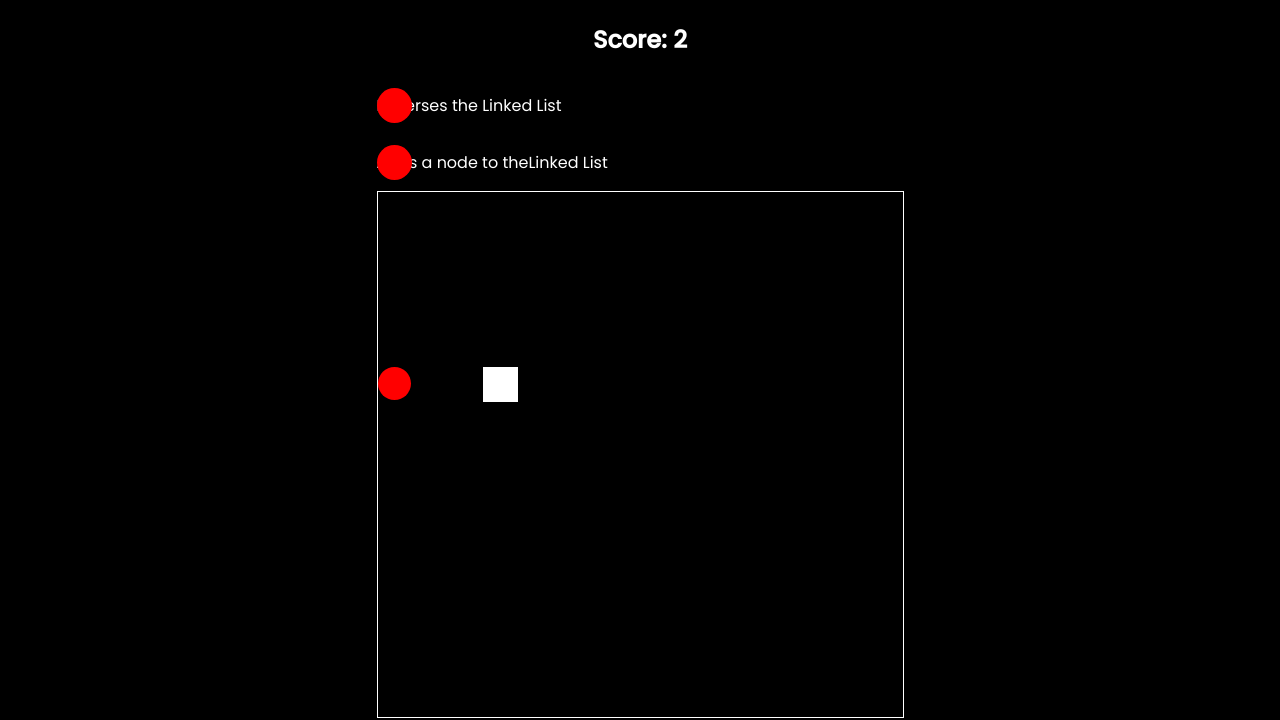
Repository: rehans-Life/linkedlist-snake-game
Page: /
The author's editor kept a copy of each file at every save. The page is drawn from the files as they stood at one save, then again after the next save.
The browser window is 1280 px wide. The pictures show the whole page.
The project was rebuilt for these pictures with package versions that can differ from the ones it lists, and the page was loaded fresh each time. The framework's server and built-in components were replaced by stand-ins that run in the browser. Also part of the build but not shown: next.config.js.

Above is the page before, as saved 2023-04-16 02:42:45.

### pages/index.js
import Head from "next/head";
import styles from "../styles/Home.module.css";
import Board from "../components/Board";

export default function Home() {
  return (
    <div className={styles.container}>
      <Head>
        <title>Linked List Snake Game</title>
        <meta name="description" content="linked list snake game" />
        <link rel="icon" href="/favicon.ico" />
      </Head>
      <Board />
    </div>
  );
}

### styles/globals.css
@import url("https://fonts.googleapis.com/css2?family=Poppins:wght@100;200;300;400;500&display=swap");

html,
body {
  padding: 0;
  margin: 0;
}

a {
  color: inherit;
  text-decoration: none;
}

* {
  box-sizing: border-box;
  font-family: Poppins;
}

button {
  margin: 0;
  padding: 0;
}

### styles/Home.module.css
.container {
  background-color: rgb(0, 0, 0);
  height: 100vh;
  display: flex;
  align-items: center;
  justify-content: center;
}

.board {
  border: 1px solid white;
}

.score {
  color: white;
  width: 100%;
  text-align: center;
}

.row {
  display: flex;
  align-items: center;
  justify-content: center;
}

.cell {
  width: 35px;
  height: 35px;
}

.snake_cell {
  background-color: green;
}

.food_cell {
  position: relative;
}

.food_cell::before {
  content: "";
  height: 95%;
  position: absolute;
  width: 95%;
  border-radius: 50%;
  background-color: red;
}

.reverse_cell {
  position: relative;
}

.reverse_cell::before {
  content: "";
  height: 95%;
  position: absolute;
  width: 95%;
  border-radius: 50%;
  background-color: purple;
}

.head {
  background-color: white;
}

.circle {
  content: "";
  height: 35px;
  position: absolute;
  width: 35px;
  border-radius: 50%;
}

.reverse {
  background-color: purple;
}

.food {
  background-color: red;
}

.text {
  color: white;
}

.info {
  display: flex;
  align-items: center;
}

### components/Board.jsx
/* eslint-disable react-hooks/exhaustive-deps */
import React, { useEffect, useState } from "react";
import styles from "../styles/Home.module.css";
import { createBoard, randomIntInIntervel } from "../utils";

const BOARD_SIZE = 10;

// A Class to represent each node of the linked list
class Node {
  constructor(value, row, col) {
    this.value = value;
    this.row = row;
    this.col = col;
    this.next = null;
  }
}

// A class to represent the singly linked list
class SinglyLinkedList {
  constructor(head) {
    let node = new Node(head.value, head.row, head.col);
    this.head = node;
    this.tail = node;
  }
}

const Direction = {
  UP: "UP",
  RIGHT: "RIGHT",
  DOWN: "DOWN",
  LEFT: "LEFT",
};

const reverseDirection = {
  UP: "DOWN",
  RIGHT: "LEFT",
  DOWN: "UP",
  LEFT: "RIGHT",
};

export default function Board() {
  const [board, setBoard] = useState(createBoard(15));

  // A set to store the values of all snake cells intially our snake will be of size
  // one cell and start from the 44th cells.
  const [snakeCells, setSnakeCells] = useState(new Set([80]));

  // A linked list for our snake initally going to have only one node which
  // is at cell 44.
  const [linkedlist, setLinkedList] = useState(
    new SinglyLinkedList({ value: 80, row: 5, col: 4 })
  );

  const [foodCell, setFoodCell] = useState(85);
  const [direction, setDirection] = useState(Direction.RIGHT);

  const [reverseLinkedList, setReverseLinkedList] = useState(false);
  const [counter, setCounter] = useState(0);

  useEffect(() => {
    window.addEventListener("keydown", (e) => {
      handleKeyDown(e.key);
    });
    let gameStartInternal = setInterval(() => {
      setLinkedList((currLinkedList) => moveLinkedList(currLinkedList));
    }, 250);
    return () => {
      clearInterval(gameStartInternal);
    };
  }, [direction, foodCell, snakeCells]);

  useEffect(() => {
    setSnakeCells((currSnakeCells) => moveSnakeCells(currSnakeCells));
  }, [linkedlist]);

  useEffect(() => {
    setCounter((curr) => curr + 1);
  }, [foodCell]);

  function handleKeyDown(key) {
    const direction = getDirectionFromKey(key);
    if (direction === "") return;
    setDirection(direction);
  }

  const getDirectionFromKey = (key) => {
    if (key === "ArrowUp") return Direction.UP;
    if (key === "ArrowRight") return Direction.RIGHT;
    if (key === "ArrowDown") return Direction.DOWN;
    if (key === "ArrowLeft") return Direction.LEFT;
    return "";
  };

  function moveLinkedList(originalLinkedlist) {
    let linkedList = copyLinkedList(originalLinkedlist);
    let currHead = linkedList.head;
    let newHead = createNewNodeInDirection(board, currHead);

    if (!newHead) {
      setFoodCell(85);
      setDirection(Direction.RIGHT);
      setCounter(0);
      return new SinglyLinkedList({ value: 80, row: 5, col: 4 });
    }

    currHead.next = newHead;
    if (newHead.value === foodCell) {
      if (reverseLinkedList) {
        let reversedLinkedList = createReverseLinkedList(linkedList);
        let newDirection = newReverseDirection(originalLinkedlist.tail);
        setDirection(newDirection);
        while (true) {
          let newFoodCell = randomIntInIntervel(1, board[14][14]);
          if (!snakeCells.has(newFoodCell)) {
            setReverseLinkedList(Math.random() < 0.3);
            setFoodCell(newFoodCell);
            break;
          }
        }
        return { head: reversedLinkedList.head, tail: currHead };
      }

      let growthCell = createNewNodeForGrowth(board, linkedList.tail);
      let temp = linkedList.tail;
      linkedList.tail = growthCell;
      linkedList.tail.next = temp;

      while (true) {
        let newFoodCell = randomIntInIntervel(1, board[14][14]);
        if (!snakeCells.has(newFoodCell)) {
          setReverseLinkedList(Math.random() < 0.3);
          setFoodCell(newFoodCell);
          break;
        }
      }
    }
    return { head: newHead, tail: linkedList.tail.next };
  }

  function newReverseDirection(currHead) {
    let newDirection;
    let nextToHead = currHead.next;

    if (!nextToHead) {
      if (direction === "RIGHT") newDirection = reverseDirection["RIGHT"];
      else if (direction === "LEFT") newDirection = reverseDirection["LEFT"];
      else if (direction === "UP") newDirection = reverseDirection["UP"];
      else newDirection = reverseDirection["DOWN"];
      return newDirection;
    }

    if (direction === "RIGHT") {
      if (nextToHead.col === currHead.col - 1) {
        newDirection = "RIGHT";
      } else {
        newDirection = "LEFT";
      }
    }

    if (direction === "LEFT") {
      if (nextToHead.col === currHead.col + 1) {
        newDirection = "LEFT";
      } else {
        newDirection = "RIGHT";
      }
    }

    if (direction === "UP") {
      if (nextToHead.row === currHead.row + 1) {
        newDirection = "UP";
      } else {
        newDirection = "DOWN";
      }
    }

    if (direction === "DOWN") {
      if (nextToHead.row === currHead.row - 1) {
        newDirection = "DOWN";
      } else {
        newDirection = "UP";
      }
    }
    return newDirection;
  }

  function createReverseLinkedList(linkedList) {
    let tail = linkedList.tail;
    let curr = null;
    let prev = tail;

    while (prev) {
      let temp = prev.next;
      prev.next = curr;
      curr = prev;
      prev = temp;
    }

    return { head: tail, tail: curr };
  }

  function createNewNodeForGrowth(board, currTail) {
    let newTail;
    if (direction === "LEFT")
      newTail = new Node(
        board[currTail.row][currTail.col + 1],
        currTail.row,
        currTail.col + 1
      );
    else if (direction === "RIGHT")
      newTail = new Node(
        board[currTail.row][currTail.col - 1],
        currTail.row,
        currTail.col - 1
      );
    else if (direction === "DOWN") {
      if (currTail.row - 1 < 0) {
        newTail = new Node(
          board[currTail.row + 1][currTail.col],
          currTail.row + 1,
          currTail.col
        );
      } else {
        newTail = new Node(
          board[currTail.row - 1][currTail.col],
          currTail.row - 1,
          currTail.col
        );
      }
    } else if (direction === "UP") {
      if (currTail.row + 1 >= 15) {
        newTail = new Node(
          board[currTail.row - 1][currTail.col],
          currTail.row - 1,
          currTail.col
        );
      } else {
        newTail = new Node(
          board[currTail.row + 1][currTail.col],
          currTail.row + 1,
          currTail.col
        );
      }
    }

    return newTail;
  }

  function createNewNodeInDirection(board, currHead) {
    let newHead = false;
    if (
      direction === "LEFT" &&
      currHead.col - 1 >= 0 &&
      !snakeCells.has(board[currHead.row][currHead.col - 1])
    )
      newHead = new Node(
        board[currHead.row][currHead.col - 1],
        currHead.row,
        currHead.col - 1
      );
    else if (
      direction === "RIGHT" &&
      currHead.col + 1 < 15 &&
      !snakeCells.has(board[currHead.row][currHead.col + 1])
    )
      newHead = new Node(
        board[currHead.row][currHead.col + 1],
        currHead.row,
        currHead.col + 1
      );
    else if (
      direction === "DOWN" &&
      currHead.row + 1 < 15 &&
      !snakeCells.has(board[currHead.row + 1][currHead.col])
    )
      newHead = new Node(
        board[currHead.row + 1][currHead.col],
        currHead.row + 1,
        currHead.col
      );
    else if (
      direction === "UP" &&
      currHead.row - 1 >= 0 &&
      !snakeCells.has(board[currHead.row - 1][currHead.col])
    )
      newHead = new Node(
        board[currHead.row - 1][currHead.col],
        currHead.row - 1,
        currHead.col
      );
    return newHead;
  }

  function copyLinkedList(linkedList) {
    let node = linkedList.tail;
    let newNode = new Node(node.value, node.row, node.col);
    let newTail = newNode;
    while (node.next) {
      let next = node.next;
      let newNext = new Node(next.value, next.row, next.col);
      node = next;
      newNode.next = newNext;
      newNode = newNext;
    }
    return {
      head: newNode,
      tail: newTail,
    };
  }

  function moveSnakeCells() {
    let movedSnake = [];
    let node = linkedlist.tail;

    while (node) {
      movedSnake.push(node.value);
      node = node.next;
    }
    movedSnake.reverse();
    return new Set(movedSnake);
  }

  const infos = [
    {
      color: "purple",
      text: "Reverses the Linked List",
    },
    {
      color: "red",
      text: "Adds a node to theLinked List",
    },
  ];

  const Info = ({ text, color }) => {
    return (
      <div className={styles.info}>
        <div
          className={`${styles.circle} ${
            color === "Purple" ? styles.reverse : styles.food
          }`}
        ></div>
        <p className={styles.text}>{text}</p>
      </div>
    );
  };

  return (
    <div>
      <h2 className={styles.score}>Score: {counter}</h2>
      <div className={styles.infos}>
        {infos.map(({ color, text }, index) => (
          <Info text={text} color={color} key={index} />
        ))}
      </div>
      <div className={styles.board}>
        {board.map((row, i) => (
          <div key={i} className={styles.row}>
            {row.map((value, j) => (
              <div
                key={j}
                className={`${styles.cell} ${
                  linkedlist.head.value === value
                    ? styles.head
                    : snakeCells.has(value)
                    ? styles.snake_cell
                    : reverseLinkedList && value === foodCell
                    ? styles.reverse_cell
                    : value === foodCell
                    ? styles.food_cell
                    : ""
                }`}
              ></div>
            ))}
          </div>
        ))}
      </div>
    </div>
  );
}

### utils.js
export const randomIntInIntervel = (max, min) => {
  return Math.floor(Math.random() * (max - min + 1)) + min;
};

export const createBoard = (board_size) => {
  // All the cells which have a certain value assigned to them
  let board = [];
  let counter = 1;
  for (let i = 0; i < board_size; i++) {
    let row = [];
    for (let j = 0; j < board_size; j++) row.push(counter++);
    board.push(row);
  }
  return board;
};

Loaded but not shown: pages/_app.js (common file)

After the next save:
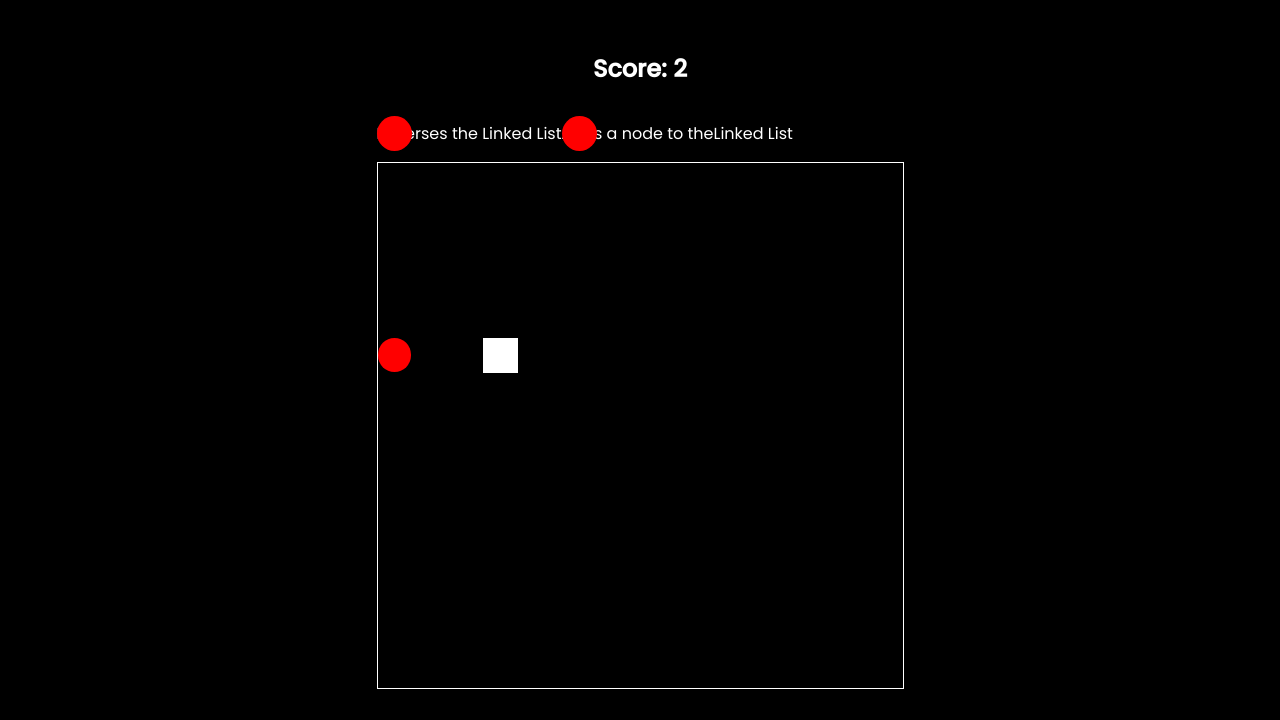
Saved 14 s later.
--- a/styles/Home.module.css
+++ b/styles/Home.module.css
@@ -85,3 +85,8 @@
   display: flex;
   align-items: center;
 }
+
+.infos {
+  display: flex;
+  align-items: center;
+}
